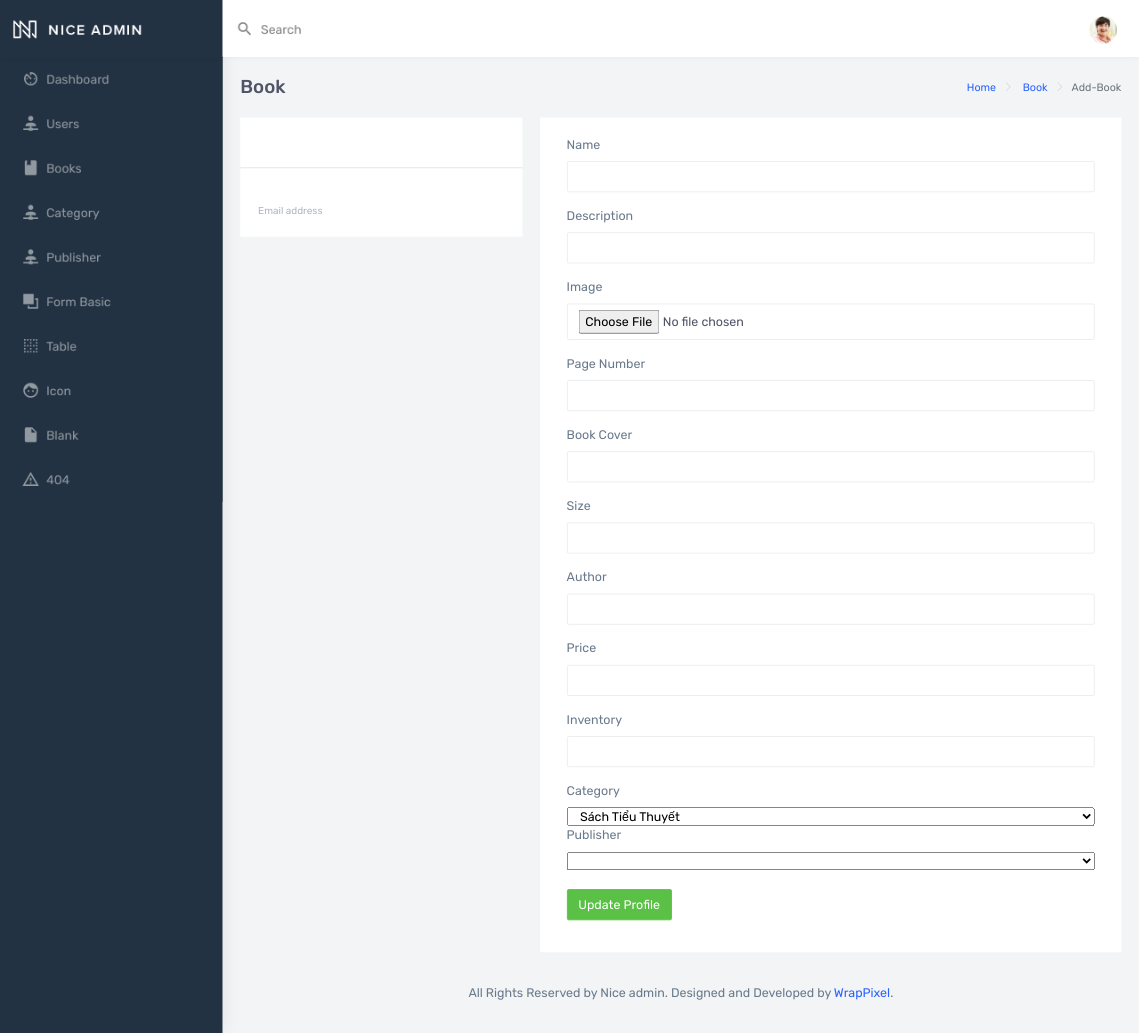
Repository: dev1xc/library-management-system
Page: http://localhost/admin/add-book
The author's editor kept a copy of each file at every save. The page is drawn from the files as they stood at one save, then again after the next save.
The browser window is 1280 px wide. The pictures show the whole page, at 89% of full size.
Some web fonts or font styles are not loaded; a fallback is used. The page is served by the project's Laravel application, run on PHP 8.4 with Laravel 10. The first stored user is signed in. Other server files are loaded and not shown. The database holds what the project's SQL file puts in it. Queries for data that is not in the repository find no rows.

Above is the page before, as saved 2024-02-08 02:38:30.
Console error: TypeError: Cannot read properties of null (reading 'querySelector')

### routes/web.php
<?php

use App\Http\Controllers\admin\BooksController;
use App\Http\Controllers\admin\CategoryController;
use App\Http\Controllers\admin\ProfileController;
use App\Http\Controllers\admin\PublisherController;
use App\Http\Controllers\admin\UserController;
use Illuminate\Support\Facades\Auth;
use Illuminate\Support\Facades\Route;

/*
|--------------------------------------------------------------------------
| Web Routes
|--------------------------------------------------------------------------
|
| Here is where you can register web routes for your application. These
| routes are loaded by the RouteServiceProvider and all of them will
| be assigned to the "web" middleware group. Make something great!
|
*/

Route::get('/', function () {
  return view('welcome');
});
Auth::routes();
Route::get('/home', [App\Http\Controllers\HomeController::class, 'index'])->name('home');
Route::get('logout', '\App\Http\Controllers\Auth\LoginController@logout');
Route::get('/admin/home', function () {
  return view('admin.functions.dashboard');
});
Route::get('/admin/dashboard', function () {
  return view('admin.functions.dashboard');
});
Route::prefix('admin')->group(function () {
  Route::get('category', [CategoryController::class, 'index']);
  Route::get('add-category', [CategoryController::class, 'add']);
  Route::post('add-category', [CategoryController::class, 'create']);
  Route::get('edit-category/{id}', [CategoryController::class, 'edit']);
  Route::post('edit-category/{id}', [CategoryController::class, 'update']);
  Route::get('delete-category/{id}', [CategoryController::class, 'delete']);
});
Route::prefix('admin')->group(function () {
  Route::get('profile', [ProfileController::class, 'index']);
  Route::post('profile', [ProfileController::class, 'edit']);
});
Route::prefix('admin')->group(function () {
  Route::get('user', [UserController::class, 'index']);
  Route::get('add-user', [UserController::class, 'add']);
  Route::post('add-user', [UserController::class, 'create']);
  Route::get('edit-user/{id}', [UserController::class, 'edit']);
  Route::post('edit-user/{id}', [UserController::class, 'update']);
  Route::get('delete-user/{id}', [UserController::class, 'delete']);
});
Route::prefix('admin')->group(function () {
  Route::get('book', [BooksController::class, 'index']);
  Route::get('add-book', [BooksController::class, 'add']);
  Route::post('add-book', [BooksController::class, 'create']);
  Route::get('edit-book/{id}', [BooksController::class, 'edit']);
  Route::post('edit-book/{id}', [BooksController::class, 'update']);
  Route::get('delete-book/{id}', [BooksController::class, 'delete']);
});
Route::prefix('admin')->group(function () {
  Route::get('publisher', [PublisherController::class, 'index']);
  Route::get('add-publisher', [PublisherController::class, 'add']);
  Route::post('add-publisher', [PublisherController::class, 'create']);
  Route::get('edit-publisher/{id}', [PublisherController::class, 'edit']);
  Route::post('edit-publisher/{id}', [PublisherController::class, 'update']);
  Route::get('delete-publisher/{id}', [PublisherController::class, 'delete']);
});

### app/Models/User.php
<?php

namespace App\Models;

// use Illuminate\Contracts\Auth\MustVerifyEmail;
use Illuminate\Database\Eloquent\Factories\HasFactory;
use Illuminate\Foundation\Auth\User as Authenticatable;
use Illuminate\Notifications\Notifiable;
use Laravel\Sanctum\HasApiTokens;

class User extends Authenticatable
{
  public $table = 'users';
  use HasApiTokens, HasFactory, Notifiable;

  /**
   * The attributes that are mass assignable.
   *
   * @var array<int, string>
   */
  protected $fillable = [
    'name',
    'email',
    'password',
    'phone',
    'gender',
    'country',
    'image',
    'level',
  ];

  /**
   * The attributes that should be hidden for serialization.
   *
   * @var array<int, string>
   */
  protected $hidden = [
    'password',
    'remember_token',
  ];

  /**
   * The attributes that should be cast.
   *
   * @var array<string, string>
   */
  protected $casts = [
    'email_verified_at' => 'datetime',
    'password' => 'hashed',
  ];
}

### app/Http/Controllers/admin/BooksController.php
<?php

namespace App\Http\Controllers\admin;

use App\Http\Controllers\Controller;
use App\Models\Book;
use App\Models\Category;
use App\Models\Publisher;
use Illuminate\Http\Request;

class BooksController extends Controller
{
  //
  public function __construct()
  {
    $this->middleware("auth");
  }
  public function index()
  {
    $data = Book::paginate(5);
    $dataCategory = Category::all();
    $dataPublisher = Publisher::all();
    return view("admin.functions.book.index", compact("data", "dataCategory",'dataPublisher'));
  }
  public function add()
  {
    $dataCategory = Category::all();
    $dataPublisher = Publisher::all();
    return view("admin.functions.book.add", compact("dataCategory","dataPublisher"));
  }
  public function create(Request $request)
  {
    $data = $request->all();
    $file = $request->image;
    if (!empty($file)) {
      $data['image'] = $file->getClientOriginalName();
    }
    if (Book::create($data)) {
      if (!empty($file)) {
        $file->move('upload/book/image', $file->getClientOriginalName());
      }
      return redirect('/admin/book')->with('success','Thanh Cong');
    } else {
      return back()->with("error", "Error");
    }
  }
  public function edit($id)
  {
    $data = Book::findOrFail($id);
    $dataCategory = Category::all();
    $dataPublisher = Publisher::all();
    return view("admin.functions.book.edit", compact("data", "dataCategory","dataPublisher"));
  }
  public function update(Request $request, $id)
  {
    $data = $request->all();
    Book::findOrFail($id)->update($data);
    return back();
  }
  public function delete($id)
  {
    Book::findOrFail($id)->delete();
    return back();
  }
}

### app/Models/Category.php
<?php

namespace App\Models;

use Illuminate\Database\Eloquent\Factories\HasFactory;
use Illuminate\Database\Eloquent\Model;

class Category extends Model
{
  public $table = 'categories';
  use HasFactory;
  protected $fillable = [
    'name', 'description'
  ];
}

### app/Models/Publisher.php
<?php

namespace App\Models;

use Illuminate\Database\Eloquent\Factories\HasFactory;
use Illuminate\Database\Eloquent\Model;

class Publisher extends Model
{
  public $table = 'publishers';
  use HasFactory;
  protected $fillable = [
    'name', 'description'
  ];
}

### resources/views/admin/functions/book/add.blade.php
@extends('admin.layouts.main')
@section('content')
  @if ($errors->any())
    <div style="color: red">
      <ul>
        @foreach ($errors->all() as $error)
          <li>{{ $error }}</li>
        @endforeach
      </ul>
    </div>
  @endif
  <div class="page-breadcrumb">
    <div class="row">
      <div class="col-5 align-self-center">
        <h4 class="page-title">Book</h4>
      </div>
      <div class="col-7 align-self-center">
        <div class="d-flex align-items-center justify-content-end">
          <nav aria-label="breadcrumb">
            <ol class="breadcrumb">
              <li class="breadcrumb-item">
                <a href="/admin/home">Home</a>
              </li>
              <li class="breadcrumb-item">
                <a href="/admin/book">Book</a>
              </li>
              <li class="breadcrumb-item active" aria-current="page">Add-Book</li>
            </ol>
          </nav>
        </div>
      </div>
    </div>
  </div>
  <!-- ============================================================== -->
  <!-- End Bread crumb and right sidebar toggle -->
  <!-- ============================================================== -->
  <!-- ============================================================== -->
  <!-- Container fluid  -->
  <!-- ============================================================== -->
  <div class="container-fluid">
    <!-- ============================================================== -->
    <!-- Start Page Content -->
    <!-- ============================================================== -->
    <!-- Row -->
    <div class="row">
      <div class="col-lg-4 col-xlg-3 col-md-5">
        <div class="card">
          <div class="card-body">
            {{-- <center class="m-t-30"> <img src="{{ url('/upload/user/avatar/' . $data->image) }}" class="rounded-circle"
                  width="150" />
                <h4 class="card-title m-t-10">{{ $data->name }}</h4>
              </center> --}}
          </div>
          <div>
            <hr>
          </div>
          <div class="card-body"> <small class="text-muted">Email address </small>
            {{-- <h6>{{ $data->email }}</h6> <small class="text-muted p-t-30 db">Phone</small>
              <h6>{{ $data->phone }}</h6> <small class="text-muted p-t-30 db">Address</small>
              <h6>{{ $data->country }}</h6> --}}
          </div>
        </div>
      </div>
      <!-- Column -->
      <!-- Column -->
      <!-- Column -->
      <div class="col-lg-8 col-xlg-9 col-md-7">
        <div class="card">
          <div class="card-body">
            <form class="form-horizontal form-material" method="post" enctype="multipart/form-data">
              @csrf
              <div class="form-group">
                <label class="col-md-12">Name</label>
                <div class="col-md-12">
                  <input type="text" value="" class="form-control form-control-line" name="name">
                </div>
              </div>
              <div class="form-group">
                <label for="example-email" class="col-md-12">Description</label>
                <div class="col-md-12">
                  <input type="text" value="" class="form-control form-control-line" name="description"
                    id="example-email">
                </div>
              </div>
              <div class="form-group">
                <label for="example-email" class="col-md-12">Image</label>
                <div class="col-md-12">
                  <input type="file" value="" class="form-control form-control-line" name="image"
                    id="example-email">
                </div>
              </div>
              <div class="form-group">
                <label for="example-email" class="col-md-12">Page Number</label>
                <div class="col-md-12">
                  <input type="text" value="" class="form-control form-control-line" name="page"
                    id="example-email">
                </div>
              </div>
              <div class="form-group">
                <label for="example-email" class="col-md-12">Book Cover</label>
                <div class="col-md-12">
                  <input type="text" value="" class="form-control form-control-line" name="book_cover"
                    id="example-email">
                </div>
              </div>
              <div class="form-group">
                <label for="example-email" class="col-md-12">Size</label>
                <div class="col-md-12">
                  <input type="text" value="" class="form-control form-control-line" name="size"
                    id="example-email">
                </div>
              </div>

              <div class="form-group">
                <label for="password" class="col-md-12">Author</label>
                <div class="col-md-12">
                  <input type="text" value="" class="form-control form-control-line" name="author"
                    id="password">
                </div>
              </div>
              <div class="form-group">
                <label for="phone" class="col-md-12">Price</label>
                <div class="col-md-12">
                  <input type="text" value="" class="form-control form-control-line" name="price"
                    id="phone">
                </div>
              </div>
              <div class="form-group">
                <label for="phone" class="col-md-12">Inventory</label>
                <div class="col-md-12">
                  <input type="text" value="" class="form-control form-control-line" name="inventory"
                    id="phone">
                </div>
              </div>
              <div class="form-group">
                <label for="country" class="col-md-12">Category</label>
                <div class="col-md-12">
                  <select name="id_category" id="Category" class="col-12">
                    @foreach ($dataCategory as $c)
                      <option value="{{ $c->id }}">{{ $c->title }}</option>
                    @endforeach
                  </select>
                </div>
                <div class="form-group">
                  <label for="country" class="col-md-12">Publisher</label>
                  <div class="col-md-12">
                    <select name="id_publisher" id="Category" class="col-12">
                      @foreach ($dataPublisher as $c)
                        <option value="{{ $c->id }}">{{ $c->name }}</option>
                      @endforeach
                    </select>
                  </div>
                  <br>
                  <div class="form-group">
                    <div class="col-sm-12">
                      <button class="btn btn-success" type="submit">Update Profile</button>
                    </div>
                  </div>

            </form>
          </div>
        </div>
      </div>
      <!-- Column -->
    </div>
    <!-- Row -->
    <!-- ============================================================== -->
    <!-- End PAge Content -->
    <!-- ============================================================== -->
    <!-- ============================================================== -->
    <!-- Right sidebar -->
    <!-- ============================================================== -->
    <!-- .right-sidebar -->
    <!-- ============================================================== -->
    <!-- End Right sidebar -->
    <!-- ============================================================== -->
  </div>
@endsection

### resources/views/admin/layouts/left-sidebar.blade.php
<aside class="left-sidebar" data-sidebarbg="skin5">
    <!-- Sidebar scroll-->
    <div class="scroll-sidebar">
        <!-- Sidebar navigation-->
        <nav class="sidebar-nav">
            <ul id="sidebarnav">
                <li class="sidebar-item">
                    <a class="sidebar-link waves-effect waves-dark sidebar-link" href="/admin/dashboard" aria-expanded="false">
                        <i class="mdi mdi-av-timer"></i>
                        <span class="hide-menu">Dashboard</span>
                    </a>
                </li>
                <li class="sidebar-item">
                    <a class="sidebar-link waves-effect waves-dark sidebar-link" href="/admin/user" aria-expanded="false">
                        <i class="mdi mdi-account-network"></i>
                        <span class="hide-menu">Users</span>
                    </a>
                </li>
                <li class="sidebar-item">
                    <a class="sidebar-link waves-effect waves-dark sidebar-link" href="/admin/book" aria-expanded="false">
                        <i class="mdi mdi-book"></i>
                        <span class="hide-menu">Books</span>
                    </a>
                </li>
                <li class="sidebar-item">
                    <a class="sidebar-link waves-effect waves-dark sidebar-link" href="/admin/category" aria-expanded="false">
                        <i class="mdi mdi-account-network"></i>
                        <span class="hide-menu">Category</span>
                    </a>
                </li>
                <li class="sidebar-item">
                    <a class="sidebar-link waves-effect waves-dark sidebar-link" href="/admin/publisher" aria-expanded="false">
                        <i class="mdi mdi-account-network"></i>
                        <span class="hide-menu">Publisher</span>
                    </a>
                </li>
                 <li class="sidebar-item">
                    <a class="sidebar-link waves-effect waves-dark sidebar-link" href="form-basic.html" aria-expanded="false">
                        <i class="mdi mdi-arrange-bring-forward"></i>
                        <span class="hide-menu">Form Basic</span>
                    </a>
                </li>
                <li class="sidebar-item">
                    <a class="sidebar-link waves-effect waves-dark sidebar-link" href="table-basic.html" aria-expanded="false">
                        <i class="mdi mdi-border-none"></i>
                        <span class="hide-menu">Table</span>
                    </a>
                </li>
                <li class="sidebar-item">
                    <a class="sidebar-link waves-effect waves-dark sidebar-link" href="icon-material.html" aria-expanded="false">
                        <i class="mdi mdi-face"></i>
                        <span class="hide-menu">Icon</span>
                    </a>
                </li>
                <li class="sidebar-item">
                    <a class="sidebar-link waves-effect waves-dark sidebar-link" href="starter-kit.html" aria-expanded="false">
                        <i class="mdi mdi-file"></i>
                        <span class="hide-menu">Blank</span>
                    </a>
                </li>
                <li class="sidebar-item">
                    <a class="sidebar-link waves-effect waves-dark sidebar-link" href="error-404.html" aria-expanded="false">
                        <i class="mdi mdi-alert-outline"></i>
                        <span class="hide-menu">404</span>
                    </a>
                </li>
            </ul>
        </nav>
        <!-- End Sidebar navigation -->
    </div>
    <!-- End Sidebar scroll-->
</aside>

### resources/views/admin/layouts/footer.blade.php
<footer class="footer text-center">
    All Rights Reserved by Nice admin. Designed and Developed by
    <a href="https://wrappixel.com">WrapPixel</a>.
</footer>

### library-management.sql (the tables this page reads)
CREATE TABLE `categories` (
  `id` bigint(20) UNSIGNED NOT NULL,
  `title` varchar(255) DEFAULT NULL,
  `description` text DEFAULT NULL,
  `created_at` timestamp NULL DEFAULT NULL,
  `updated_at` timestamp NULL DEFAULT NULL
) ENGINE=InnoDB DEFAULT CHARSET=utf8mb4 COLLATE=utf8mb4_unicode_ci;

INSERT INTO `categories` (`id`, `title`, `description`, `created_at`, `updated_at`) VALUES
(13, 'Sách Tiểu Thuyết', 'Tiểu Thuyết v..v', '2024-02-07 08:00:49', '2024-02-07 08:00:49'),
(14, 'Sách Tin Học', 'Sách Tin Học', '2024-02-07 08:01:00', '2024-02-07 08:01:00');

ALTER TABLE `categories`
  ADD PRIMARY KEY (`id`);

ALTER TABLE `categories`
  MODIFY `id` bigint(20) UNSIGNED NOT NULL AUTO_INCREMENT, AUTO_INCREMENT=15;

CREATE TABLE `users` (
  `id` bigint(20) UNSIGNED NOT NULL,
  `name` varchar(255) NOT NULL,
  `phone` varchar(255) DEFAULT NULL,
  `email` varchar(255) NOT NULL,
  `country` varchar(255) DEFAULT NULL,
  `gender` varchar(255) DEFAULT NULL,
  `email_verified_at` timestamp NULL DEFAULT NULL,
  `password` varchar(255) NOT NULL,
  `image` varchar(255) DEFAULT NULL,
  `remember_token` varchar(100) DEFAULT NULL,
  `created_at` timestamp NULL DEFAULT NULL,
  `updated_at` timestamp NULL DEFAULT NULL,
  `level` int(11) NOT NULL DEFAULT 0
) ENGINE=InnoDB DEFAULT CHARSET=utf8mb4 COLLATE=utf8mb4_unicode_ci;

INSERT INTO `users` (`id`, `name`, `phone`, `email`, `country`, `gender`, `email_verified_at`, `password`, `image`, `remember_token`, `created_at`, `updated_at`, `level`) VALUES
(1, 'Trương Nguyễn Thanh Lâm', '0904403743', 'admin@gmail.com', 'Da Nang', 'nu', NULL, '$2y$12$KEoY4oOsIl19kUZ.U0HwK.pU4DsNFOdwaVM7gICE2ZAepkY1fqJcW', '1.jpg', NULL, '2024-02-07 07:01:16', '2024-02-07 07:49:14', 1),
(2, 'Nguyễn Văn A', '0904403742', 'nva@gmail.com', 'Vietnam', 'nam', NULL, '$2y$12$Qo9tYOP9zJjpW.97XJ22DuLfXohGrsMfYcu03JkrsQkkHARwdEntG', '1.jpg', NULL, '2024-02-07 08:14:37', '2024-02-07 08:14:37', 0);

ALTER TABLE `users`
  ADD PRIMARY KEY (`id`),
  ADD UNIQUE KEY `users_email_unique` (`email`);

ALTER TABLE `users`
  MODIFY `id` bigint(20) UNSIGNED NOT NULL AUTO_INCREMENT, AUTO_INCREMENT=4;

Loaded but not shown: app/Providers/AppServiceProvider.php (common file); app/Http/Controllers/Auth/ConfirmPasswordController.php (common file); app/Http/Controllers/Controller.php (common file); public/admin/assets/libs/chartist/dist/chartist.min.css (library); public/admin/dist/css/style.min.css (library); public/admin/dist/css/style.css (library); public/admin/assets/libs/jquery/dist/jquery.min.js (library); public/admin/assets/libs/popper.js/dist/umd/popper.min.js (library); public/admin/assets/libs/bootstrap/dist/js/bootstrap.min.js (library); public/admin/assets/extra-libs/sparkline/sparkline.js (library); public/admin/dist/js/waves.js (library); public/admin/dist/js/custom.min.js (common file); public/admin/assets/libs/chartist/dist/chartist.min.js (library); public/admin/assets/libs/chartist-plugin-tooltips/dist/chartist-plugin-tooltip.min.js (library); public/admin/dist/css/icons/themify-icons/themify-icons.css (common file); public/admin/dist/css/icons/material-design-iconic-font/css/materialdesignicons.min.css (library); public/admin/dist/css/icons/weather-icons/css/weather-icons.min.css (library); public/admin/dist/js/sidebarmenu.js (60 lines, source omitted); public/admin/dist/js/pages/dashboards/dashboard1.js (61 lines, source omitted); resources/views/admin/layouts/header.blade.php (90 lines, source omitted); resources/views/admin/layouts/main.blade.php (104 lines, source omitted)

After the next save:
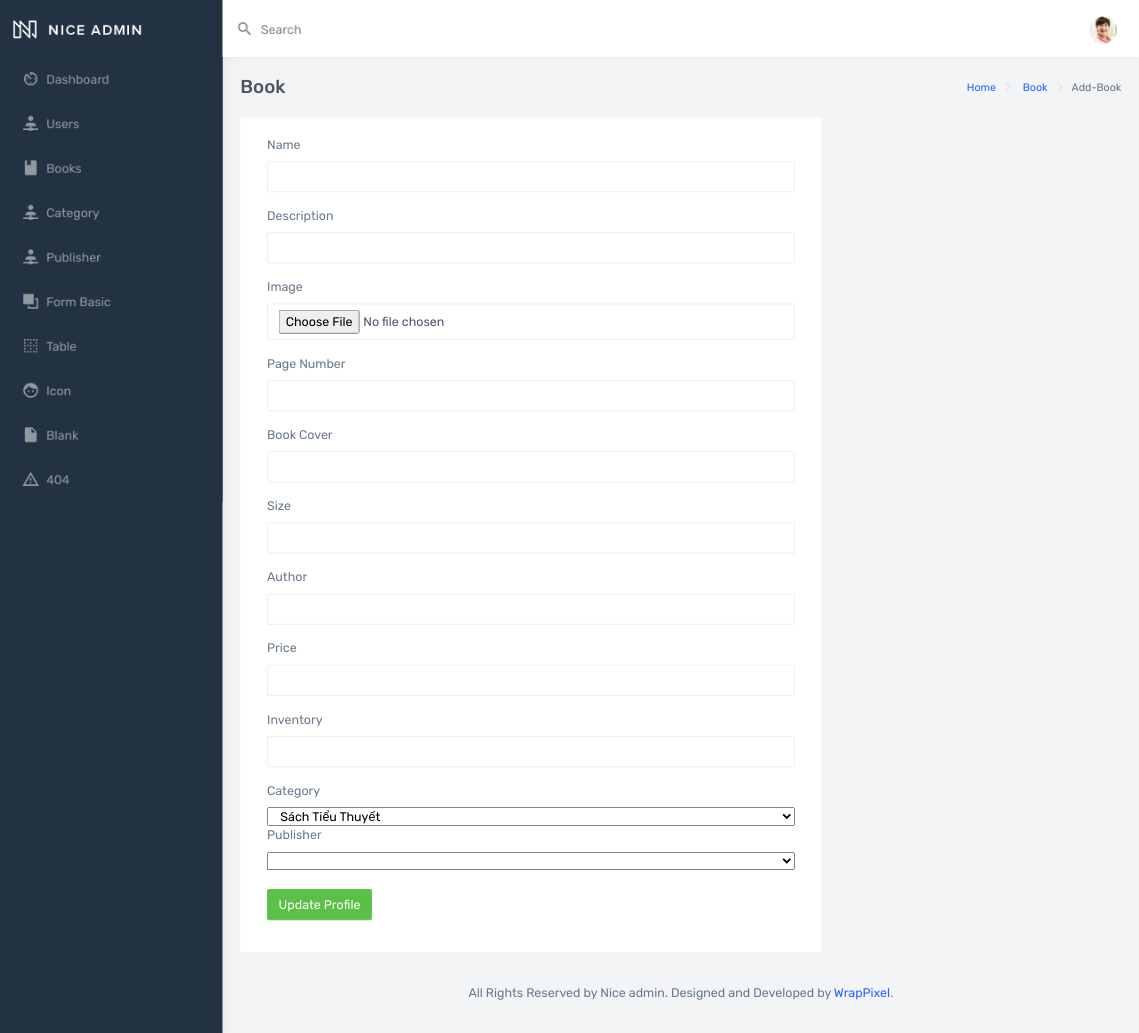
Saved 40 s later.
--- a/resources/views/admin/functions/book/add.blade.php
+++ b/resources/views/admin/functions/book/add.blade.php
@@ -43,24 +43,7 @@
     <!-- ============================================================== -->
     <!-- Row -->
     <div class="row">
-      <div class="col-lg-4 col-xlg-3 col-md-5">
-        <div class="card">
-          <div class="card-body">
-            {{-- <center class="m-t-30"> <img src="{{ url('/upload/user/avatar/' . $data->image) }}" class="rounded-circle"
-                  width="150" />
-                <h4 class="card-title m-t-10">{{ $data->name }}</h4>
-              </center> --}}
-          </div>
-          <div>
-            <hr>
-          </div>
-          <div class="card-body"> <small class="text-muted">Email address </small>
-            {{-- <h6>{{ $data->email }}</h6> <small class="text-muted p-t-30 db">Phone</small>
-              <h6>{{ $data->phone }}</h6> <small class="text-muted p-t-30 db">Address</small>
-              <h6>{{ $data->country }}</h6> --}}
-          </div>
-        </div>
-      </div>
+
       <!-- Column -->
       <!-- Column -->
       <!-- Column -->
